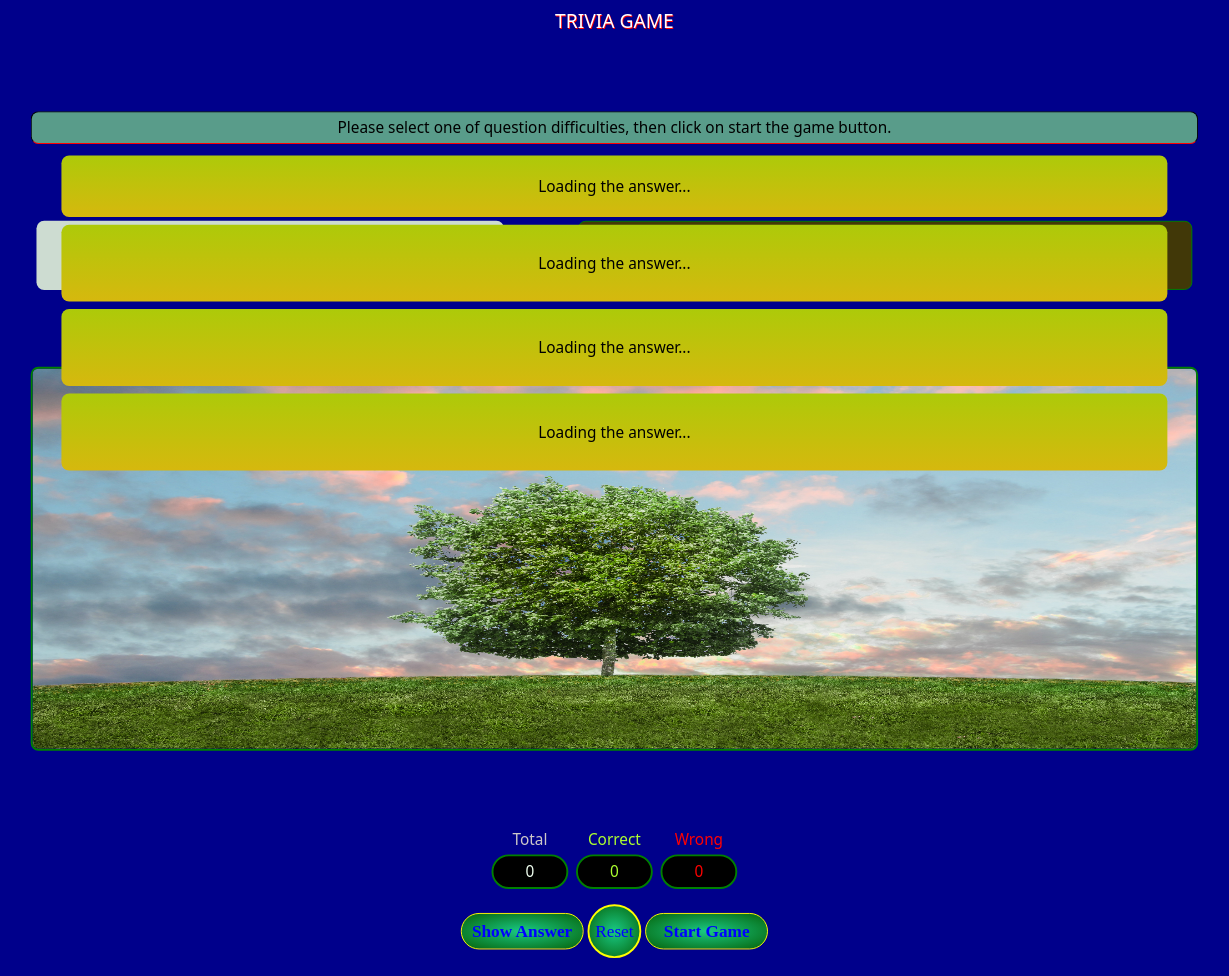
Repository: ShindanoSingi/bembe-trivia
Page: index.html
The author's editor kept a copy of each file at every save. The page is drawn from the files as they stood at one save, then again after the next save.
The browser window is 1280 px wide. The pictures show the whole page, at 96% of full size.
Some web libraries are served in a nearby version.

Above is the page before, as saved 2022-09-08 00:59:57.

After the next save:
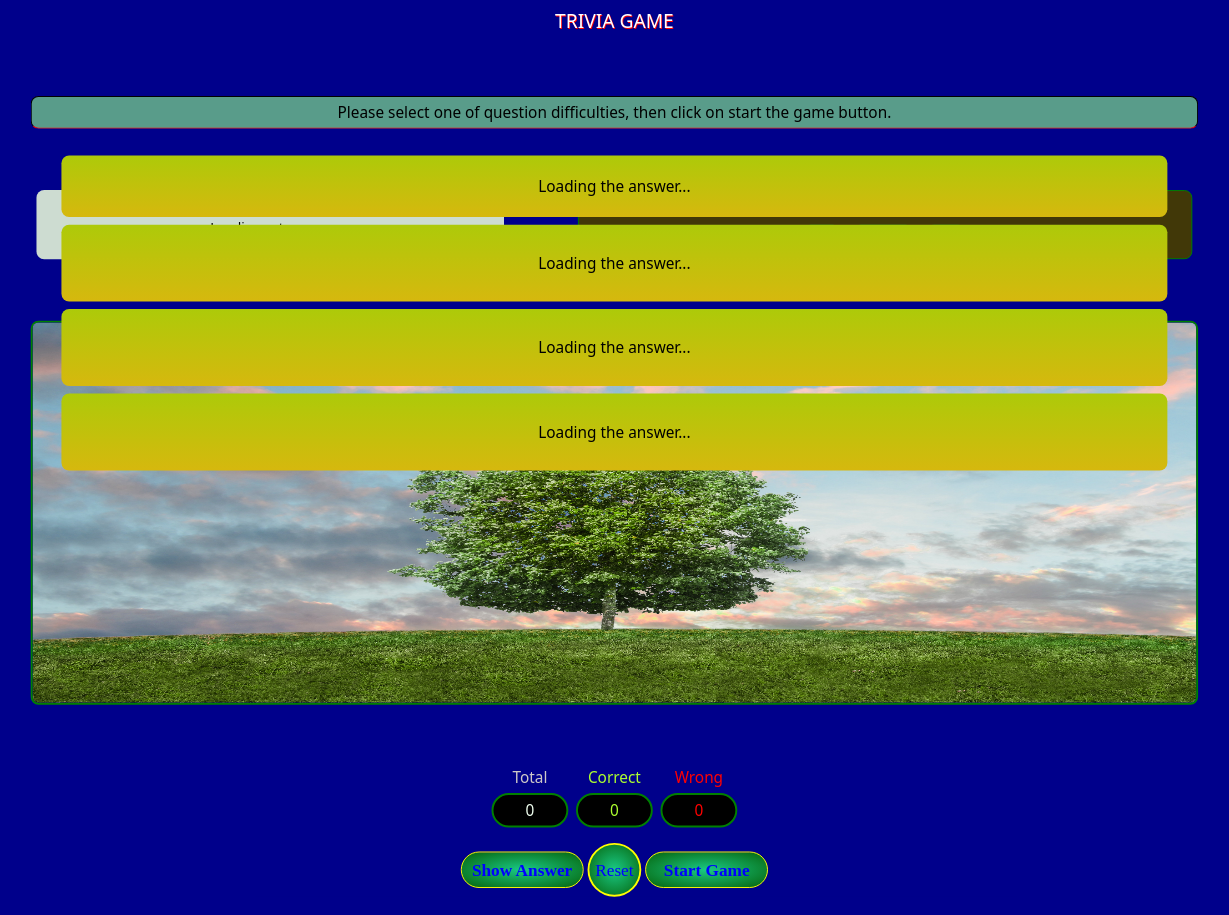
Saved 9 s later.
--- a/index.html
+++ b/index.html
@@ -11,7 +11,7 @@
     </head>
 
     <body class="">
-        <div class="containerBox max-h-[100vh] my-2 flex flex-col gap-[5rem]">
+        <div class="containerBox max-h-[100vh] my-2 flex flex-col gap-[4rem]">
             <h1 class="text-center text-xl" >TRIVIA GAME</h1>
             <div class="questionBox text-center w-[95vw] px-2 h-[8rem] p-1 mx-auto rounded-lg">
                 Please select one of question difficulties, then click on start the game button.
